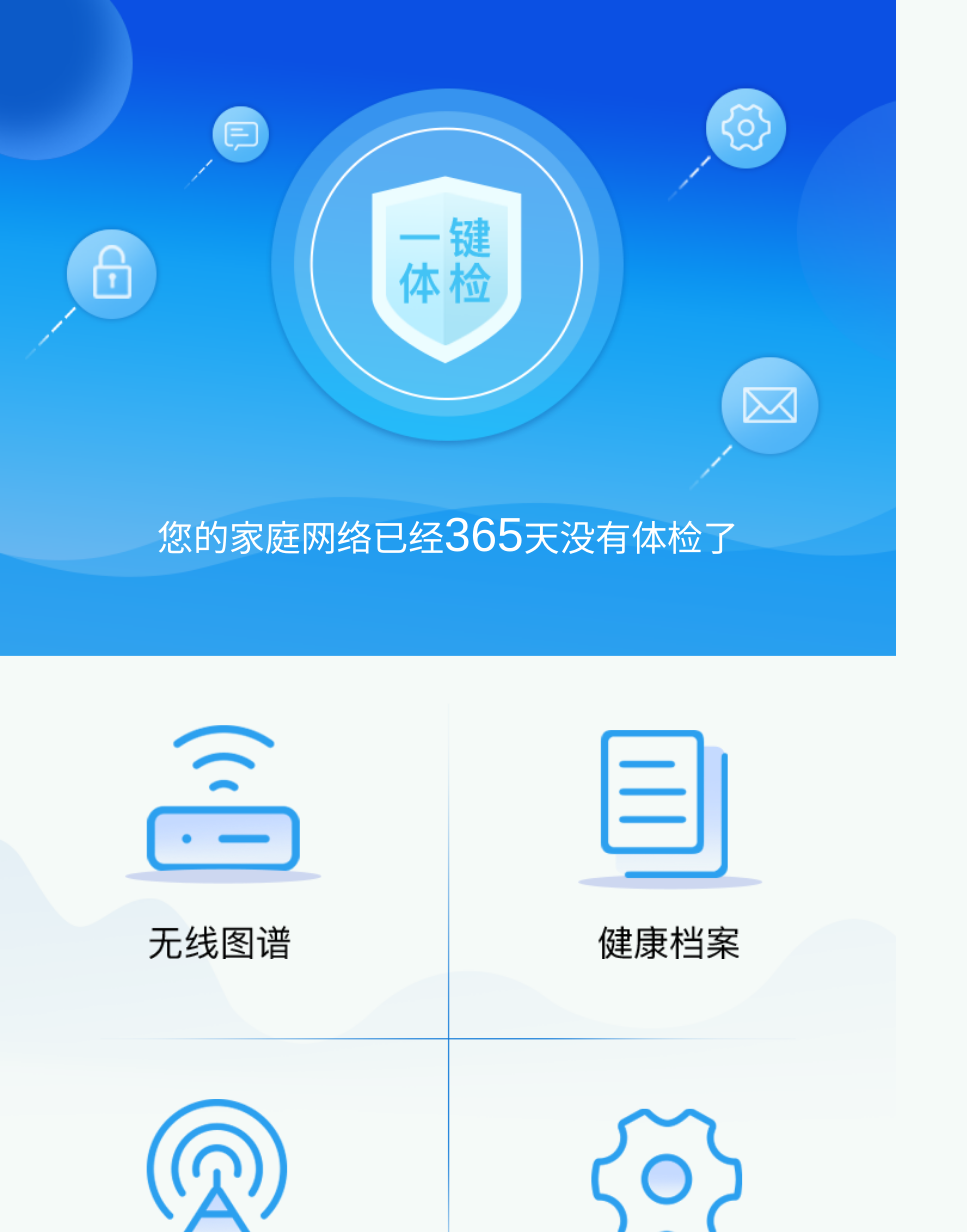
Repository: wangbiaozy/8.24
Page: index.html
An editor plug-in stored every save of this project. The page is shown before and after the next save, followed by the edit.
The browser window is 1280 px wide. The page is 1280 px wide, then 1382 px, so the pictures cover 1382 px, including what lies to the right of the window. The pictures show the part of the page from y = 0 to 1760 px (the page is 3321 px tall), at 70% of full size.

Above is the page before, as saved 2018-08-22 15:07:12.

After the next save:
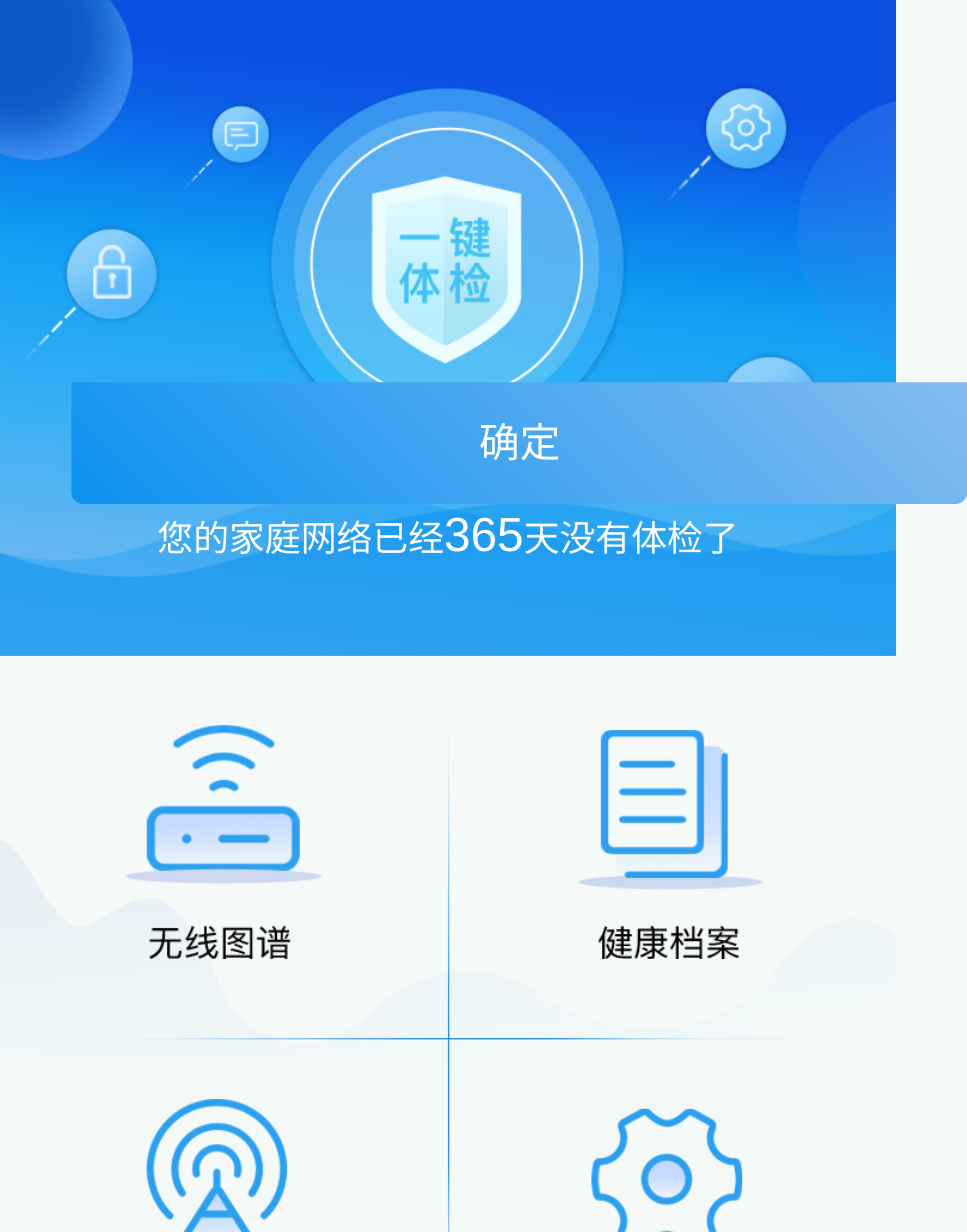
Saved 10 s later.
--- a/index.html
+++ b/index.html
@@ -97,6 +97,7 @@
     <!-- 弹窗1 -->
     <div class="tc_1">
         <p>请检查链接的有限设备是否包含非本家庭的终端设备</p>
+        <a href="">确定</a>
     </div>
     <!-- 弹窗2 -->
     <div class="tc_2"></div>
